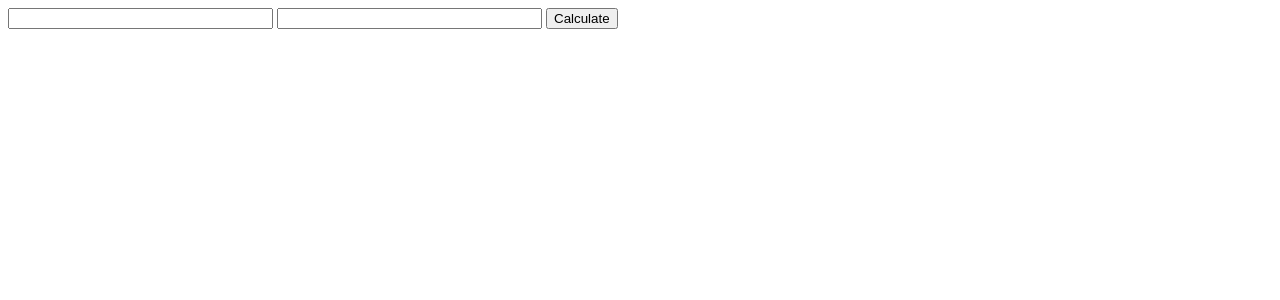
Repository: davidm15/FirstServlet
Page: http://localhost/Calculator/index.jsp
These files come from the project's save history. The page is drawn as it stood at one moment and after a run of saves; the edit follows.
The browser window is 1280 px wide. The pictures show the whole page.
The page is served by Tomcat 9.

Above is the page before, as saved 2017-03-17 12:28:12.

### Calculator/WebContent/index.jsp
<%@ page language="java" contentType="text/html; charset=ISO-8859-1"
    pageEncoding="ISO-8859-1"%>
<!DOCTYPE html PUBLIC "-//W3C//DTD HTML 4.01 Transitional//EN" "http://www.w3.org/TR/html4/loose.dtd">
<html>
<head>
<meta http-equiv="Content-Type" content="text/html; charset=ISO-8859-1">
<title>Calc</title>
</head>
<body>

<form action="calc" method="post">


<input type="text" name="number1" size="30">
<input type="text" name="number2" size="30">
<input type="submit" value="Calculate">

</form>

</body>
</html>

After the next 2 saves:
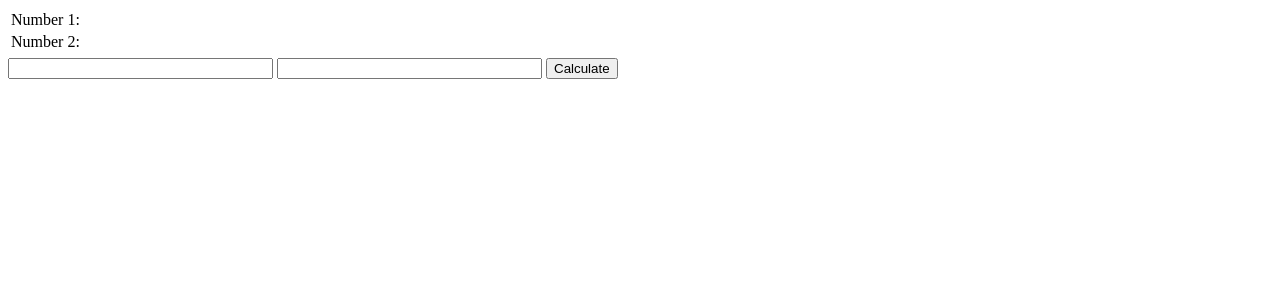
The 2 saves are shown as one change because they came seconds apart.
The last was saved 46 s later.
--- a/Calculator/WebContent/index.jsp
+++ b/Calculator/WebContent/index.jsp
@@ -10,7 +10,27 @@
 
 <form action="calc" method="post">
 
+<table>
+	<tr>
+		<td>Number 1:
+		</td>
+		<td>
+		</td>
+	</tr>
+	<tr>
+		<td>Number 2:
+		</td>
+		<td>
+		</td>
+	</tr>
+	<tr>
+		<td>
+		</td>
+		<td>
+		</td>
+	</tr>
 
+</table>
 <input type="text" name="number1" size="30">
 <input type="text" name="number2" size="30">
 <input type="submit" value="Calculate">
